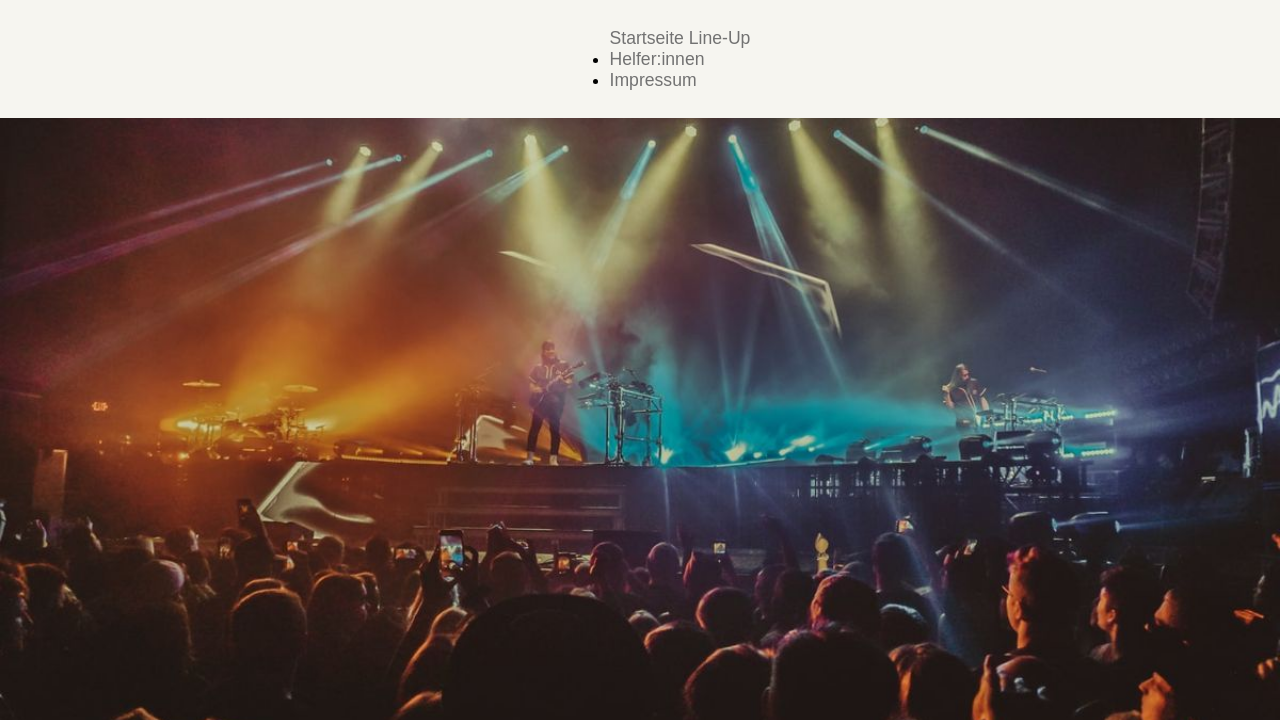
Repository: Hajimohammadi-KI/Web-Technologien
Page: index.html
These files come from the project's save history. The page is drawn as it stood at one moment and after the next save; the edit follows.
The browser window is 1280 px wide. The pictures show the whole page.

Above is the page before, as saved 2025-10-01 13:55:06.

After the next save:
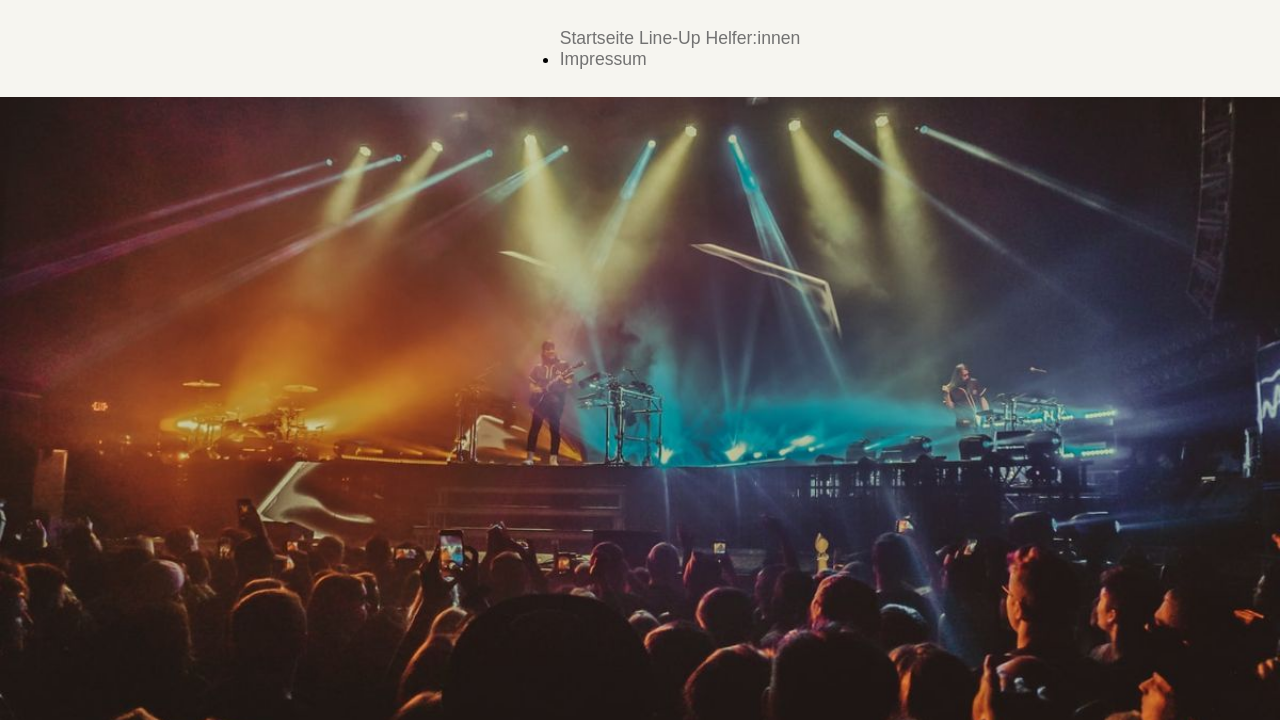
Saved 18 s later.
--- a/index.html
+++ b/index.html
@@ -11,7 +11,7 @@
       <ul>
         <a href="index.html">Startseite</a>
         <a href="lineup.html">Line-Up</a>
-        <li><a href="helfer.html">Helfer:innen</a></li>
+      <a href="helfer.html">Helfer:innen</a></li>
         <li><a href="impressum.html">Impressum</a></li>
       </ul>
     </nav>
